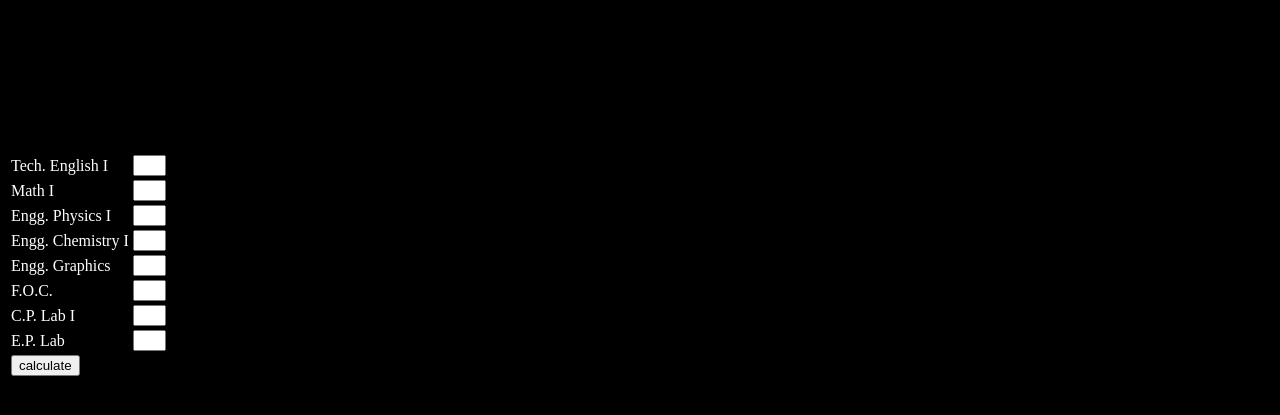
Repository: vigineshs/Mobile-Applications
Page: AnnaUniv GPA Calc/AnnaUniv GPA Calculator Updated/assets/www/it08sem1.html
An editor plug-in stored every save of this project. The page is shown before and after the next save, followed by the edit.
The browser window is 1280 px wide. The pictures show the whole page.

Above is the page before, as saved 2012-05-03 11:05:24.

### AnnaUniv GPA Calc/AnnaUniv GPA Calculator Updated/assets/www/it08sem1.html
<!DOCTYPE HTML>
<html>
<head>
<title>PhoneGap</title>
<script type="text/javascript" charset="utf-8" src="/AnnaUniv GPA Calculator/assets/www/cordova-1.7.0.js"></script>
<script type="text/javascript">
function f()
{
var t=document.f1.t1.value;
if(t == "S" || t=="s")
var s1 = 10*4;
document.writeln(s1);
}
</script>

</head>
<body style="background-color:black; color:white" >
<form name="f1">
<table>
<tr>
<td>
Tech. English I</td> <td><input type="text" size="1" name="t1" /></td></tr> <br />
<tr><td>Math I</td> <td><input type="text" size="1" name="t2" /></td></tr> <br />
<tr><td>Engg. Physics I </td><td><input type="text" size="1" name="t3" /></td></tr> <br />
<tr><td>Engg. Chemistry I</td> <td><input type="text" size="1" name="t4" /></td></tr> <br />
<tr><td>Engg. Graphics</td> <td><input type="text" size="1" name="t5" /></td></tr> <br />
<tr><td>F.O.C.</td> <td><input type="text" size="1" name="t6" /></td></tr> <br />
<tr><td>C.P. Lab I</td> <td><input type="text" size="1" name="t7" /></td></tr> <br />
<tr><td>E.P. Lab</td> <td><input type="text" size="1" name="t8" /></td></tr> <br />
<tr colspan="2"><td><input type="submit" onclick="f();" value="calculate" /></td></tr>
</form>
</body>
</html>

Loaded but not shown: AnnaUniv GPA Calc/AnnaUniv GPA Calculator Updated/assets/www/cordova-1.7.0.js (library)

After the next save:
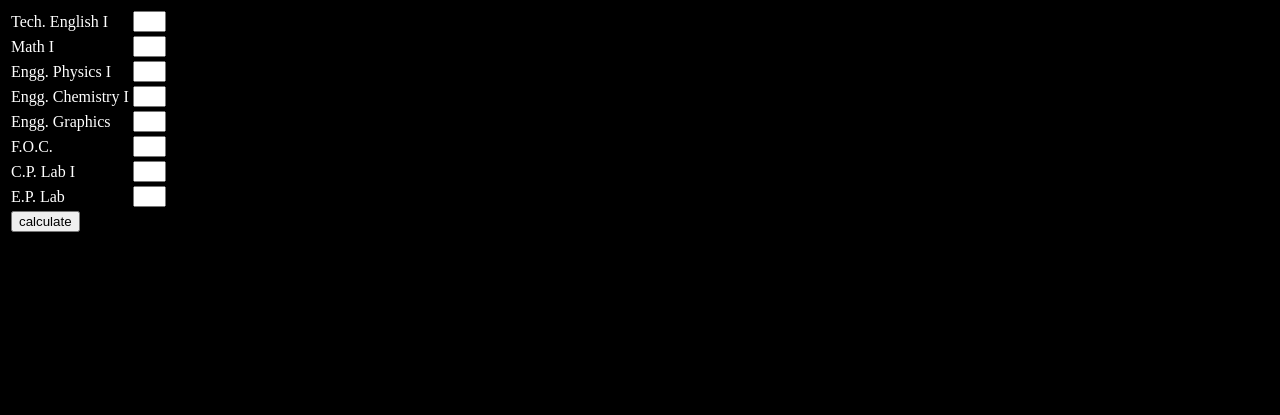
Saved 68 s later.
--- a/AnnaUniv GPA Calc/AnnaUniv GPA Calculator Updated/assets/www/it08sem1.html
+++ b/AnnaUniv GPA Calc/AnnaUniv GPA Calculator Updated/assets/www/it08sem1.html
@@ -19,14 +19,14 @@ document.writeln(s1);
 <table>
 <tr>
 <td>
-Tech. English I</td> <td><input type="text" size="1" name="t1" /></td></tr> <br />
-<tr><td>Math I</td> <td><input type="text" size="1" name="t2" /></td></tr> <br />
-<tr><td>Engg. Physics I </td><td><input type="text" size="1" name="t3" /></td></tr> <br />
-<tr><td>Engg. Chemistry I</td> <td><input type="text" size="1" name="t4" /></td></tr> <br />
-<tr><td>Engg. Graphics</td> <td><input type="text" size="1" name="t5" /></td></tr> <br />
-<tr><td>F.O.C.</td> <td><input type="text" size="1" name="t6" /></td></tr> <br />
-<tr><td>C.P. Lab I</td> <td><input type="text" size="1" name="t7" /></td></tr> <br />
-<tr><td>E.P. Lab</td> <td><input type="text" size="1" name="t8" /></td></tr> <br />
+Tech. English I</td> <td><input type="text" size="1" name="t1" /></td></tr>
+<tr><td>Math I</td> <td><input type="text" size="1" name="t2" /></td></tr>
+<tr><td>Engg. Physics I </td><td><input type="text" size="1" name="t3" /></td></tr>
+<tr><td>Engg. Chemistry I</td> <td><input type="text" size="1" name="t4" /></td></tr>
+<tr><td>Engg. Graphics</td> <td><input type="text" size="1" name="t5" /></td></tr>
+<tr><td>F.O.C.</td> <td><input type="text" size="1" name="t6" /></td></tr>
+<tr><td>C.P. Lab I</td> <td><input type="text" size="1" name="t7" /></td></tr>
+<tr><td>E.P. Lab</td> <td><input type="text" size="1" name="t8" /></td></tr>
 <tr colspan="2"><td><input type="submit" onclick="f();" value="calculate" /></td></tr>
 </form>
 </body>
